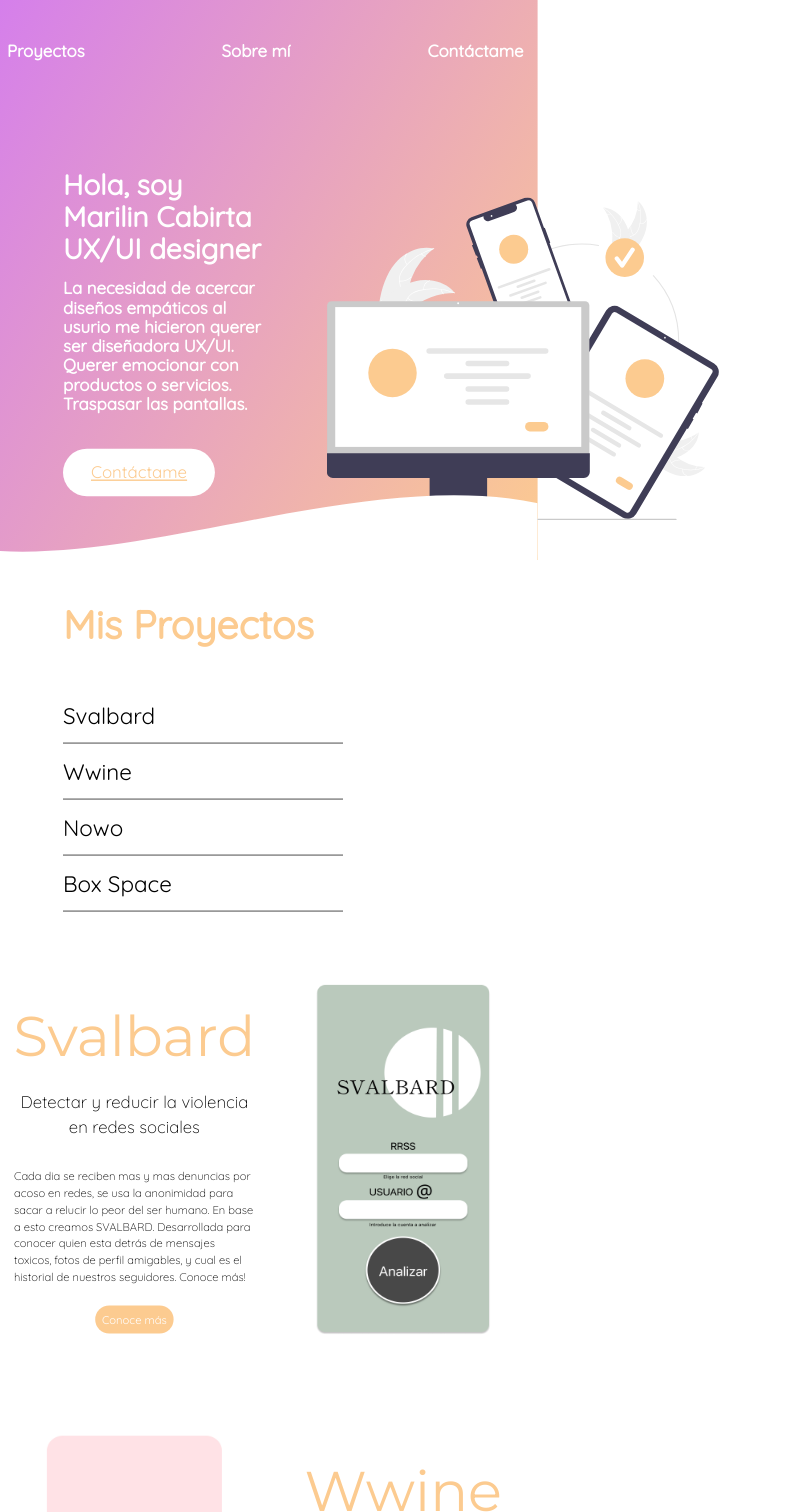
Repository: Marilyncabirta/portfolioHTML
Page: index.html
These files come from the project's save history. The page is drawn as it stood at one moment and after the next save; the edit follows.
The browser window is 768 px wide. The page is 1147 px wide, so the pictures cover 1147 px, including what lies to the right of the window. The pictures show the part of the page from y = 0 to 2160 px (the page is 4265 px tall before and 4465 px after), at 70% of full size.
Backgrounds fixed to the window are drawn as part of the page. Some web libraries are served in a nearby version.

Above is the page before, as saved 2022-12-16 12:41:19.

After the next save:
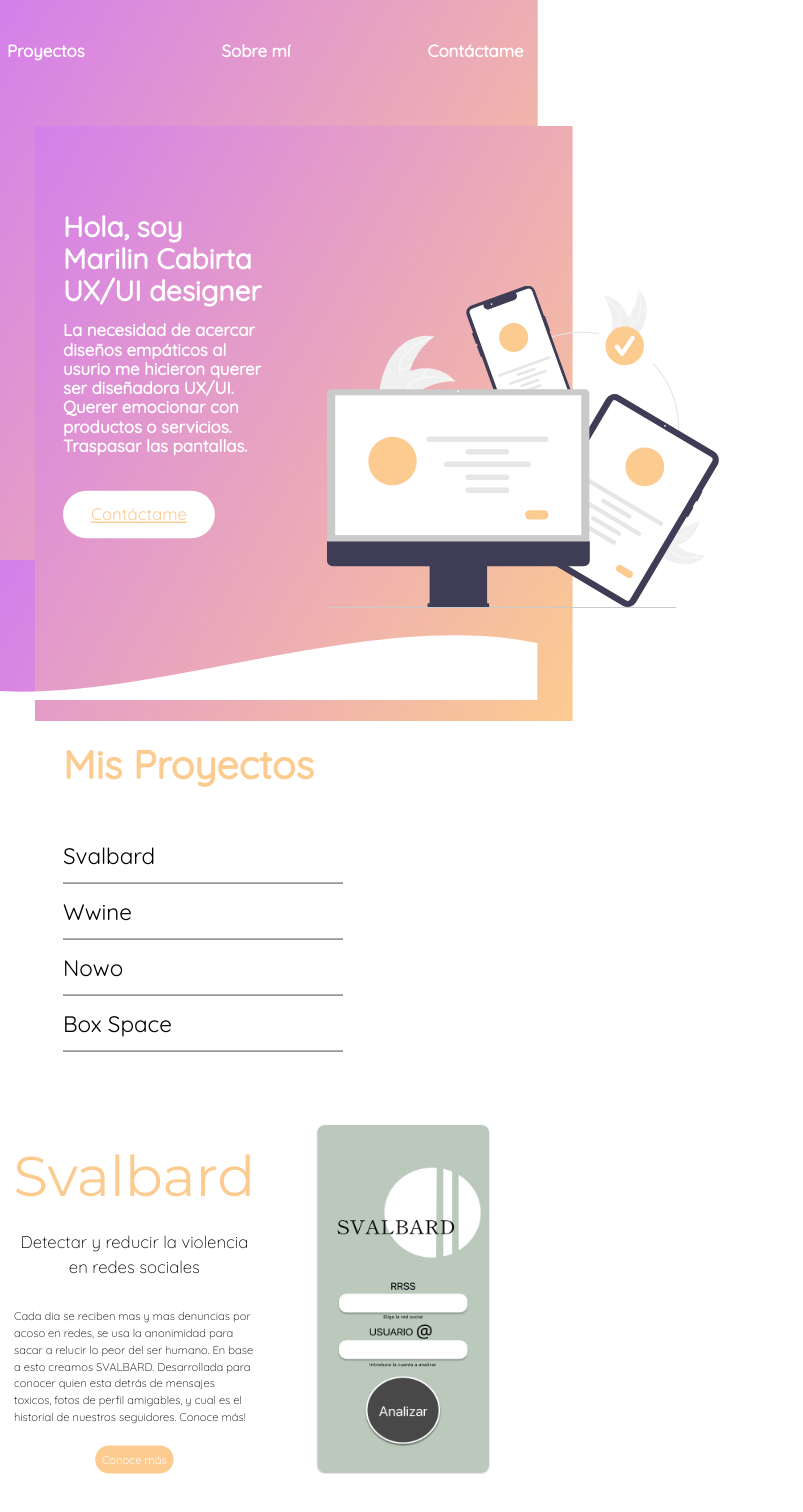
Saved 52 s later.
--- a/css/estilos.css
+++ b/css/estilos.css
@@ -372,7 +372,7 @@ text-decoration: underline;
             font-size: 1.5rem;
         }
 
-        .hero{
+        .hero__contenedor{
             width: 100%;
             height: 800px;
             background-image: var(--background);
